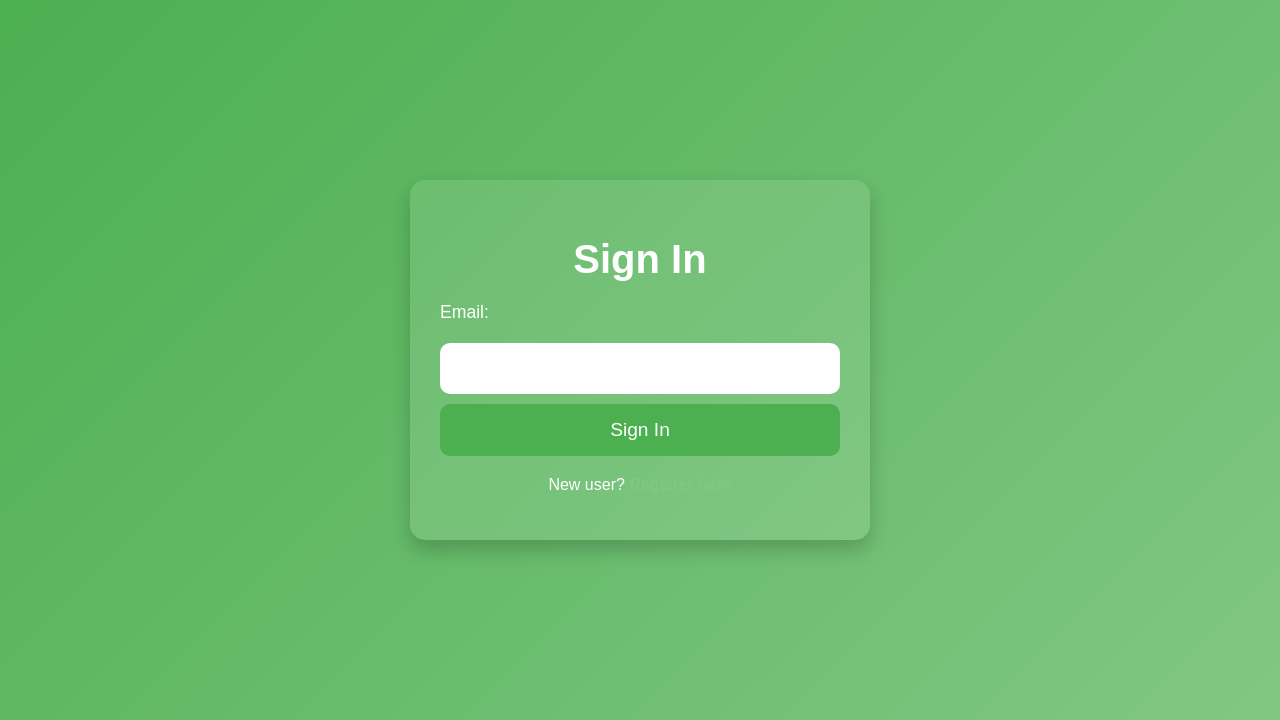
Repository: harutoNaiz/urban-mobility-system
Page: http://localhost/sign_in
An editor plug-in stored every save of this project. The page is shown before and after the next save, followed by the edit.
The browser window is 1280 px wide. The pictures show the whole page.
The page is served by the project's application, run on Flask 3 (app.py).

Above is the page before, as saved 2024-11-13 08:50:47.

After the next save:
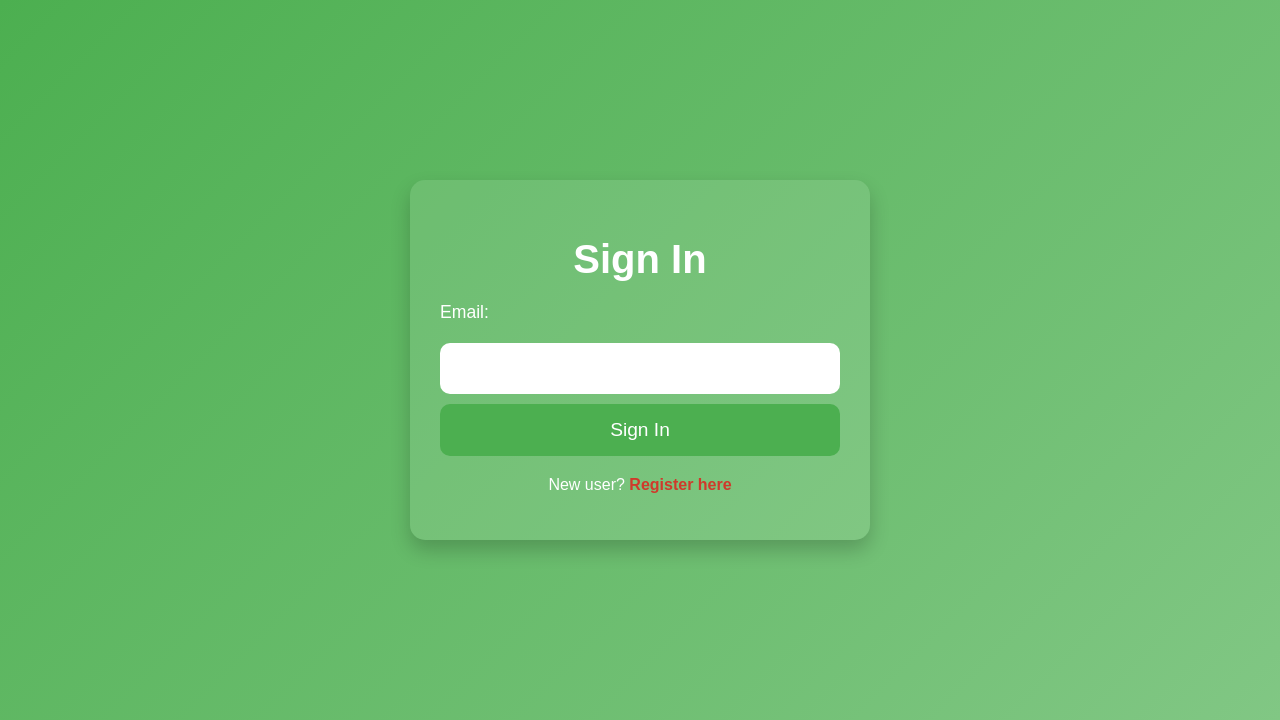
Saved 19 s later.
--- a/templates/sign_in.html
+++ b/templates/sign_in.html
@@ -75,7 +75,7 @@
         }
 
         a {
-            color: #81c784;
+            color: #d0392b;
             text-decoration: none;
             font-weight: bold;
         }
